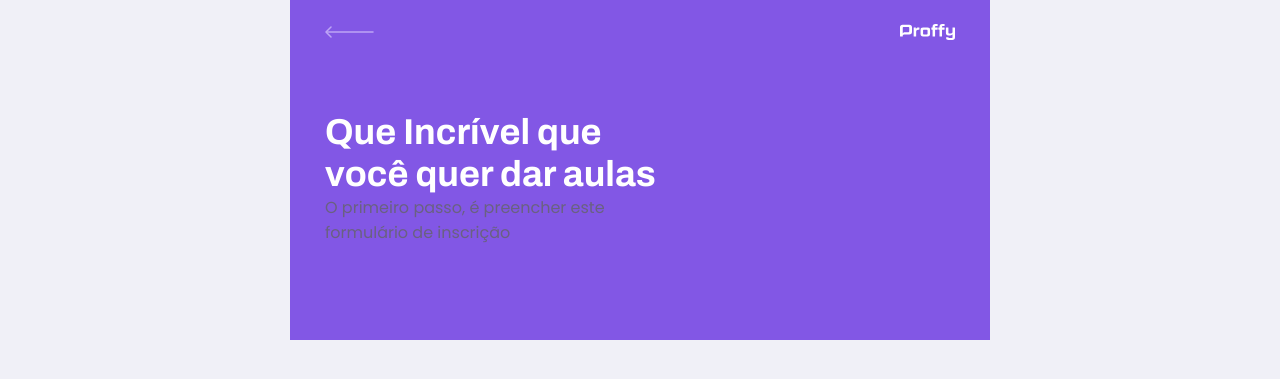
Repository: LukeVersus/NLW
Page: give-classes.html
These files come from the project's save history. The page is drawn as it stood at one moment and after the next save; the edit follows.
The browser window is 1280 px wide. The pictures show the whole page.

Above is the page before, as saved 2020-08-05 21:16:05.

After the next save:
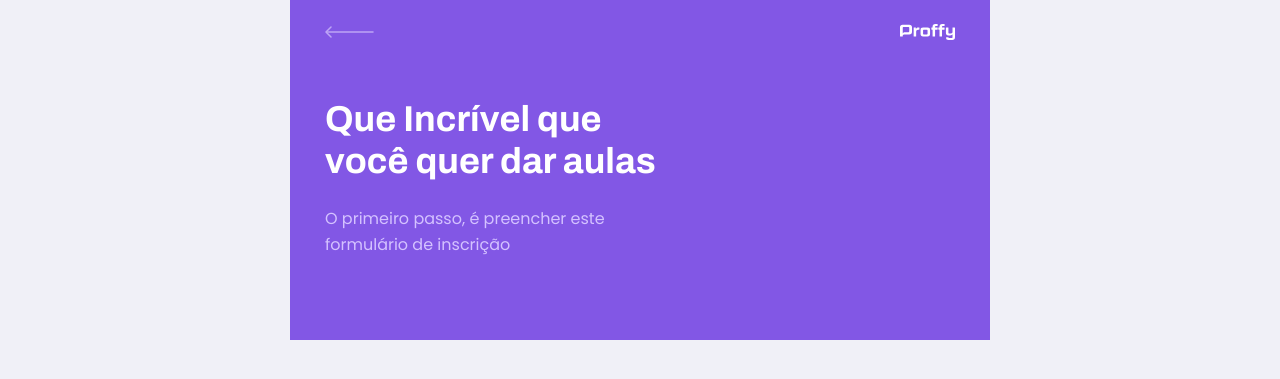
Saved 61 s later.
--- a/styles/partials/header.css
+++ b/styles/partials/header.css
@@ -42,7 +42,9 @@
 .page-header .header-content p{
     max-width: 30rem;
     font-size: 1.6rem;
-
+    line-height: 2.6rem;
+    color: var(--color-text-in-primary);
+    margin-top: 2.4rem;
 }
 
 
